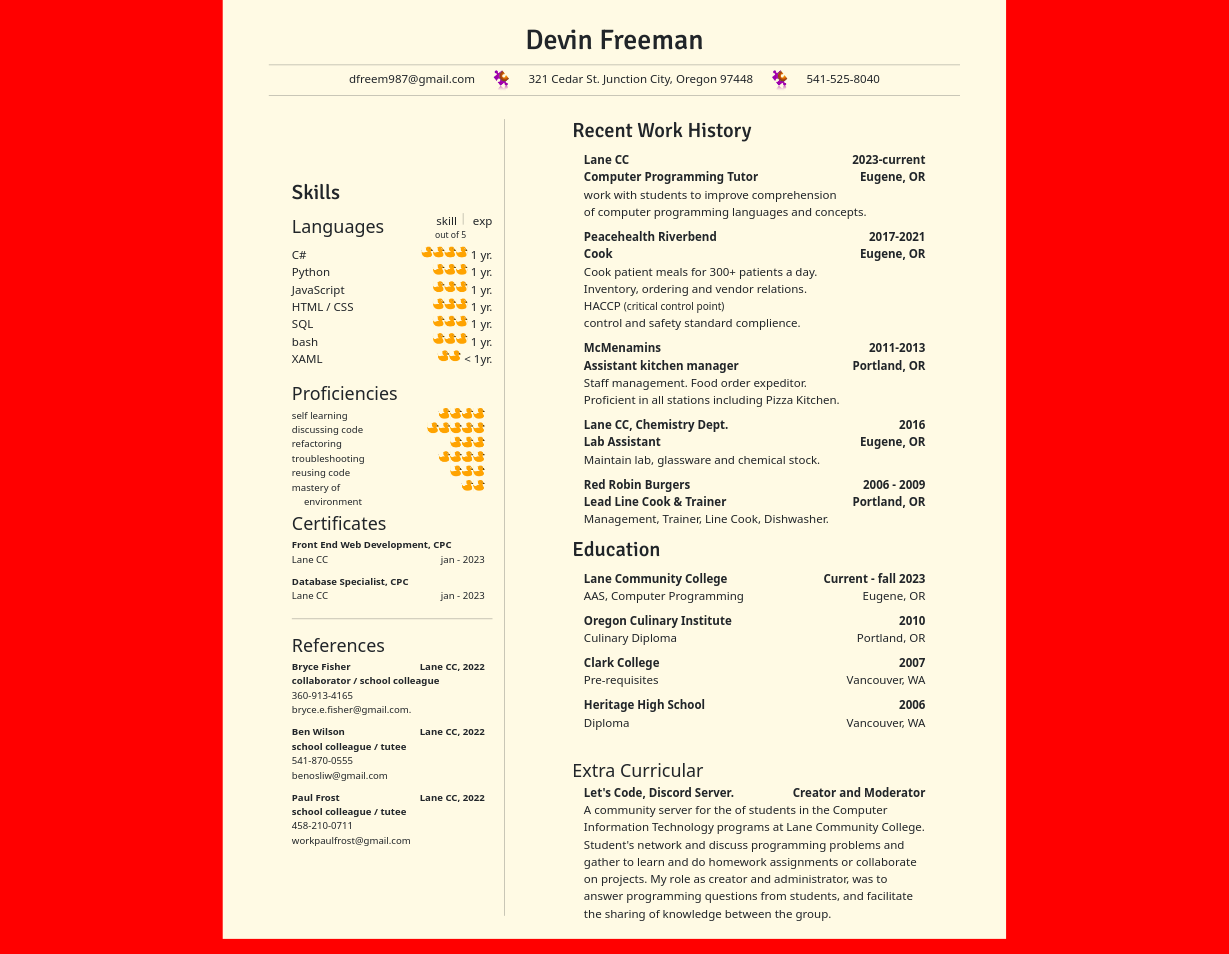
Repository: Dfreem/Resume
Page: index.html
The author's editor kept a copy of each file at every save. The page is drawn from the files as they stood at one save, then again after the next save.
The browser window is 1280 px wide. The pictures show the whole page, at 96% of full size.

Above is the page before, as saved 2023-01-20 10:24:50.

### index.html
<!DOCTYPE html>
<html lang="en">

<head>
    <meta charset="UTF-8">
    <meta http-equiv="X-UA-Compatible" content="IE=edge">
    <meta name="viewport" content="width=device-width, initial-scale=1.0">
    <link href="https://cdn.jsdelivr.net/npm/bootstrap@5.3.0-alpha1/dist/css/bootstrap.min.css" rel="stylesheet"
        integrity="sha384-GLhlTQ8iRABdZLl6O3oVMWSktQOp6b7In1Zl3/Jr59b6EGGoI1aFkw7cmDA6j6gD" crossorigin="anonymous">
    <link href="resume.css" rel="stylesheet" />
    <title>Devin Freeman</title>
</head>

<body>

    <h1>Devin Freeman</h1>
    <hr />

    <!-- ========= banner ========= -->

    <div class="personal-info">
        dfreem987@gmail.com
        &emsp;
        <span><img src="puzzle.png" class="puzzle-piece"></img></span>
        &emsp;
        321 Cedar St. Junction City, Oregon 97448
        &emsp;
        <span><img src="puzzle.png" class="puzzle-piece"></img></span>
        &emsp;
        541-525-8040
        <!-- &nbsp;freemand@my.lanecc.edu -->
    </div>
    <hr />
    <!-- ========= Skills start ========= -->

    <div class="hstack">
        <div class=" skill-stack">
            <h2>Skills</h2>

            <!-- ========= programming language list ========= -->

            <ul class="langs">
                <div class="d-flex flex-row flex-nowrap">
                    <h3>Languages</h3>
                    <div class="push-right">
                        skill&nbsp;
                        <div class="vr"></div>
                        &nbsp; exp<br />
                        <sup>out of 5</sup>
                        &emsp;&emsp;
                    </div>
                </div>
                <li class="d-flex flex-row flex-nowrap">
                    C#
                    <div class="push-right four"></div>
                    &nbsp;1 yr.
                </li>
                <li class="d-flex flex-row flex-nowrap">
                    Python
                    <div class="push-right three"></div>
                    &nbsp;1 yr.
                </li>
                <li class="d-flex flex-row flex-nowrap">
                    JavaScript
                    <div class="push-right three"></div>
                    &nbsp;1 yr.
                </li>
                <li class="d-flex flex-row flex-nowrap">
                    HTML / CSS
                    <div class="push-right three"></div>
                    &nbsp;1 yr.
                </li>
                <li class="d-flex flex-row flex-nowrap">
                    SQL
                    <div class="push-right three"></div>
                    &nbsp;1 yr.
                </li>
                <li class="d-flex flex-row flex-nowrap">
                    bash
                    <div class="push-right three"></div>
                    &nbsp;1 yr.
                </li>
                <li class="d-flex flex-row flex-nowrap">
                    XAML
                    <div class="push-right two"></div>
                    &nbsp;< 1yr. </li>
            </ul>

            <!-- ========= Soft Skills ========= -->

            <h3>Proficiencies</h3>
            <ul class="profs me-2">
                <li class="d-flex flex-row flex-nowrap">
                    self learning<div class="push-right four"></div>
                </li>
                <li class="d-flex flex-row flex-nowrap">
                    discussing code<div class="push-right five"></div>
                </li>
                <li class="d-flex flex-row flex-nowrap">
                    refactoring<div class="push-right three"></div>
                </li>
                <li class="d-flex flex-row flex-nowrap">
                    troubleshooting<div class="push-right four"></div>
                </li>
                <li class="d-flex flex-row flex-nowrap">
                    reusing code<div class="push-right three"></div>
                </li>
                <li class="d-flex flex-row flex-nowrap">
                    mastery of <br />&emsp; environment<div class="push-right two">
                    </div>
                </li>
            </ul>

            <!-- ========= Certifications ========= -->

            <h3>Certificates</h3>
            <dl class="profs me-2">
                <dt>Front End Web Development, CPC</dt>
                <dd class="d-flex flex-row flex-nowrap">Lane CC<div class="push-right">jan - 2023</div>
                </dd>

                <dt>Database Specialist, CPC </dt>
                <dd class="d-flex flex-row flex-nowrap">Lane CC<div class="push-right">jan - 2023</div>
                </dd>
            </dl>

            <!-- ========= Professional References ========= -->

            <hr class="my-3" />
            <h3>References</h3>
            <dl class="profs me-2">
                <dt class="d-flex flex-row flex-nowrap">
                    Bryce Fisher
                    <div class="push-right">
                        Lane CC, 2022
                    </div>
                </dt>
                <dd>
                    <b>collaborator / school colleague</b><br />
                    360-913-4165 <br />
                    bryce.e.fisher@gmail.com.
                </dd>
            </dl>

            <dl class="profs me-2">
                <dt class="d-flex flex-row flex-nowrap">
                    Ben Wilson
                    <div class="push-right">
                        Lane CC, 2022
                    </div>
                </dt>
                <dd>
                    <b>school colleague / tutee</b><br />
                    541-870-0555<br />
                    benosliw@gmail.com
                </dd>
            </dl>

            <dl class="profs me-2">
                <dt class="d-flex flex-row flex-nowrap">
                    Paul Frost
                    <div class="push-right">
                        Lane CC, 2022
                    </div>
                </dt>
                <dd>
                    <b>school colleague / tutee</b><br />
                    458-210-0711<br />
                    workpaulfrost@gmail.com<br />

                </dd>
            </dl>
        </div>
        <div class="vr my-4"></div>
        <div class="vstack work-stack">

            <!-- ========= Most Recent Work History ========= -->

            <dl class="work-history mt-4">
                <h2> Recent Work History</h2>

                <!-- ========== work history slot 1 ========== -->

                <div class="container work-container">
                    <dt class="d-flex flex-nowrap flex-row">
                        Lane CC
                        <br />
                        Computer Programming Tutor
                        <div class="push-right">
                            2023-current
                            <br />
                            Eugene, OR
                        </div>
                    </dt>
                    <dd class="ed-details">
                        work with students to improve comprehension <br /> of computer programming languages and
                        concepts.
                    </dd>
                </div>

                <!-- ========== work history slot 2 ========== -->
                <div class="container work-container">
                    <dt class="d-flex flex-nowrap flex-row">
                        Peacehealth Riverbend
                        <br />
                        Cook
                        <div class="push-right">
                            2017-2021
                            <br />
                            Eugene, OR
                        </div>
                    </dt>
                    <dd class="ed-details">
                        Cook patient meals for 300+ patients a day. <br />
                        Inventory, ordering and vendor relations. <br />
                        HACCP <small>(critical control point)</small><br />
                        control and safety standard complience. <br />
                    </dd>
                </div>

                <!-- ========== work history slot 3 ========== -->

                <div class="container work-container">
                    <dt class="d-flex flex-nowrap flex-row">
                        McMenamins
                        <br />
                        Assistant kitchen manager
                        <div class="push-right">
                            2011-2013
                            <br />
                            Portland, OR
                            <br />
                        </div>
                    </dt>
                    <dd class="ed-details">
                        Staff management. Food order expeditor. <br />
                        Proficient in all stations including Pizza Kitchen.
                    </dd>
                </div>

                <!-- ========== work history slot 3 ========== -->

                <div class="container work-container">
                    <dt class="d-flex flex-nowrap flex-row">
                        Lane CC, Chemistry Dept.
                        <br />
                        Lab Assistant
                        <div class="push-right">
                            2016
                            <br />
                            Eugene, OR
                        </div>
                    </dt>
                    <dd class="ed-details">Maintain lab, glassware and chemical stock.</dd>
                </div>

                <!-- ========== work history slot 4 ========== -->

                <div class="container work-container">
                    <dt class="d-flex flex-nowrap flex-row">
                        Red Robin Burgers
                        <br />
                        Lead Line Cook & Trainer
                        <div class="push-right">
                            2006 - 2009
                            <br />
                            Portland, OR
                        </div>

                    </dt>
                    <dd class="ed-details">Management, Trainer, Line Cook, Dishwasher.</dd>
                </div>
            </dl>

            <!-- ========== Education Start ========== -->

            <dl class="education">
                <h2>Education</h2>

                <!-- ========== Education slot 1 ========== -->

                <div class="container work-container">
                    <dt class="d-flex flex-nowrap flex-row">
                        <div class="ed-title">Lane Community College</div>
                        <div class="push-right">Current - fall 2023</div>
                    </dt>
                    <dd class="d-flex flex-nowrap flex-row">
                        <div class="ed-title">AAS, Computer Programming </div>
                        <span class="push-right"> Eugene, OR </span>
                    </dd>
                </div>

                <!-- ========== Education slot 2 ========== -->

                <div class="container work-container">
                    <dt class="d-flex flex-nowrap flex-row">
                        <div class="ed-title">Oregon Culinary Institute</div>
                        <span class="push-right">2010</span>
                    </dt>
                    <dd class="d-flex flex-nowrap flex-row">
                        <div class="ed-title">Culinary Diploma</div>
                        <span class="push-right">Portland, OR</span>
                    </dd>
                </div>

                <!-- ========== Education slot 3 ========== -->

                <div class="container work-container">
                    <dt class="d-flex flex-nowrap flex-row">
                        <div class="ed-title">Clark College</div>
                        <span class="push-right">2007</span>
                    </dt>
                    <dd class="d-flex flex-nowrap flex-row">
                        <div class="ed-title">Pre-requisites</div>
                        <span class="push-right">Vancouver, WA</span>
                    </dd>
                </div>

                <!-- ========== Education slot 4 ========== -->

                <div class="container work-container">
                    <dt class="d-flex flex-nowrap flex-row">
                        <div class="ed-title">Heritage High School</div>
                        <span class="push-right">2006</span>
                    </dt>
                    <dd class="d-flex flex-nowrap flex-row">
                        <div class="ed-title">Diploma</div>
                        <span class="push-right">Vancouver, WA</span>
                    </dd>
                </div>
            </dl>

            <!-- ========= Extra Curricular activities ========= -->

            <dl class="extra">
                <h3>Extra Curricular</h3>
                <div class="container work-container">
                    <dt class="d-flex flex-nowrap flex-row">
                        <div class="ed-title">Let's Code, Discord Server.</div>
                        <span class="push-right"> Creator and Moderator</span>
                    </dt>
                    <dd>
                        <p>
                            A community server for the of students in the Computer Information Technology programs
                            at Lane Community College. Student's network and discuss programming problems and gather
                            to learn and do homework assignments or collaborate on projects. My role as creator and
                            administrator, was to answer programming questions from students, and facilitate the sharing
                            of knowledge between the group.
                        </p>
                    </dd>
                </div>
            </dl>
        </div>
    </div>
    <dl class="d-grid container">
        <div class="row">

    </dl>
    </div>

</body>
<script src="https://cdn.jsdelivr.net/npm/bootstrap@5.3.0-alpha1/dist/js/bootstrap.bundle.min.js"
    integrity="sha384-w76AqPfDkMBDXo30jS1Sgez6pr3x5MlQ1ZAGC+nuZB+EYdgRZgiwxhTBTkF7CXvN"
    crossorigin="anonymous"></script>

</html>

### resume.css
@import url('https://fonts.googleapis.com/css2?family=Raleway:ital,wght@0,500;0,700;0,800;1,500&family=Signika:wght@400;500;700&display=swap');

/*
font-family: 'Raleway', sans-serif;
font-family: 'Signika', sans-serif;
*/
html {
    max-height:11in;
    background-color:red;
}

body {
    padding-inline: 0.5in;
    background-color:red;
    padding-block-start: 2em;
    margin: auto;
    max-width: 8.5in;
    min-width: 8.5in;
    max-height: 11in;
    font-size: 12px;
    background-color: rgb(255, 250, 228);
}

.personal-info {
    text-align: center;
    margin-bottom: 0;
}

h1 {
    font-family: 'Signika', sans-serif;
    text-align: center;
    font-size: 22pt;
    letter-spacing: 105%;
}

h2 {
    font-family: 'Signika', sans-serif;
    font-size: 16pt;
    margin-block-start: 0;
}

h3 {
    margin-block:.2em;
    font-size: 14pt;
    width: fit-content;
}

h4 {
    font-size: 13pt;
}

.puzzle-piece {
    width: 1.6em;
    margin-block: .3em;
}

.work-history {
    width: 80%;
    align-self: flex-end;
    margin-inline-end: 2em;
    margin-block:.2em;
}

.education {
    align-self: flex-end;
    margin-inline-start: 1em;
    margin-inline-end: 2em;
    width: 80%;
    margin-block-start: 0em;
}

.skill-stack {
    margin-inline-start: 2em;
    margin-inline-end: 1em;
    margin-block-start: 0em;
    width: 40vw;
    height: fit-content;
}

.push-right {
    margin-inline-start: auto;
    text-align: end;
}

.profs {
    font-size: 10px;
    margin-block: .3em;
}

.extra {
    width: 80%;
    align-self: flex-end;
    margin-inline-end: 2em;
    margin-block:.1em;
}

.five {
    background-image: url("ducky.png");
    background-size: 12px;
    background-repeat: repeat-x;
    width:60px;
 }

.four {
    background-image: url("ducky.png");
    background-size: 12px;
    background-repeat: repeat-x;
    width:48px;
    /* background-position: ; */
}

.three {
    background-image: url("ducky.png");
    background-size: 12px;
    background-repeat: repeat-x;
    width:36px;
 }
.two {
    background-image: url("ducky.png");
    background-size: 12px;
    background-repeat: repeat-x;
    width:24px;
 }


hr {
    margin-block: 0;
}

ul {
    padding-Inline: 0;
}

li {
    list-style: none;
}

After the next save:
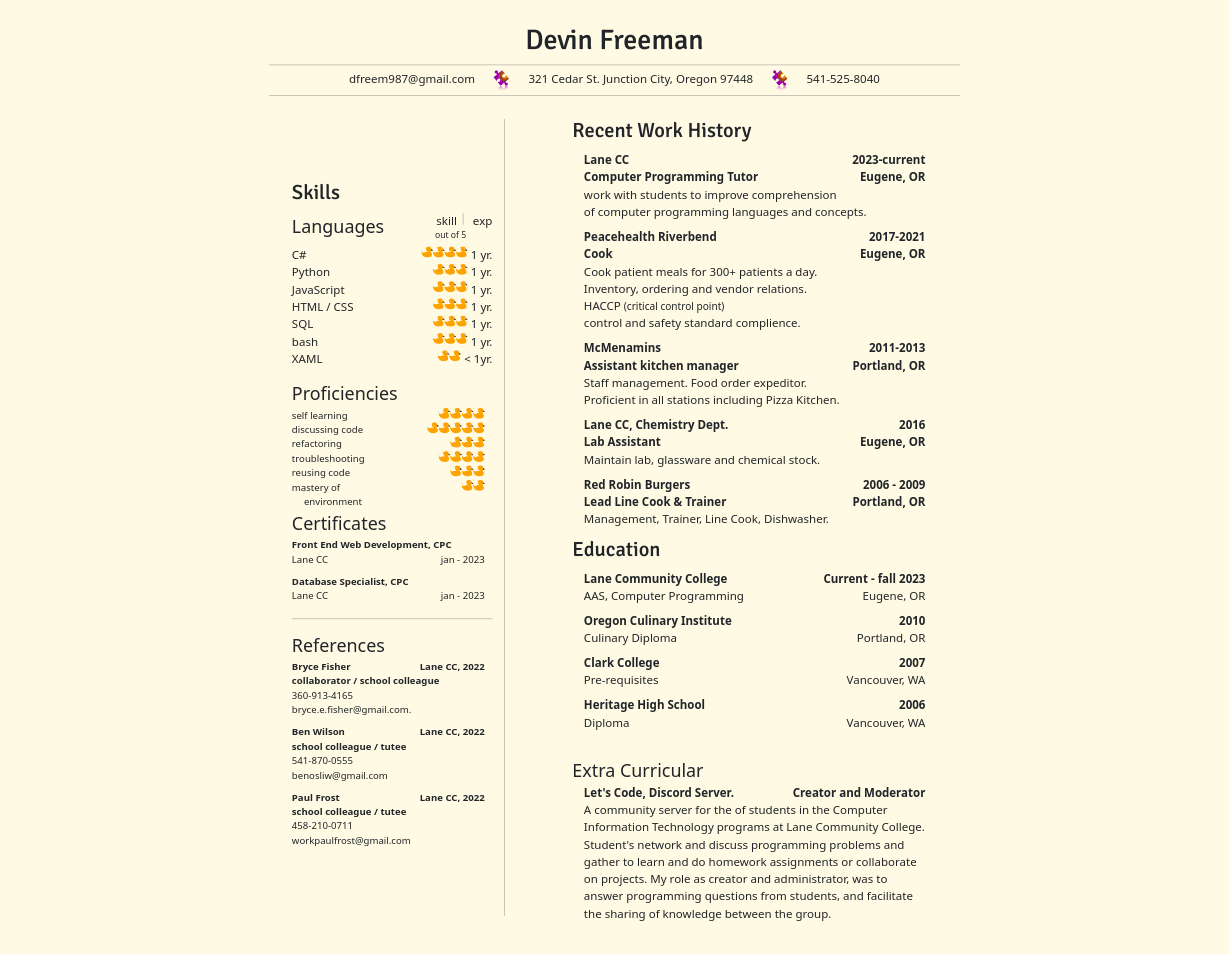
Saved 118 s later.
--- a/resume.css
+++ b/resume.css
@@ -4,14 +4,8 @@
 font-family: 'Raleway', sans-serif;
 font-family: 'Signika', sans-serif;
 */
-html {
-    max-height:11in;
-    background-color:red;
-}
-
 body {
     padding-inline: 0.5in;
-    background-color:red;
     padding-block-start: 2em;
     margin: auto;
     max-width: 8.5in;
